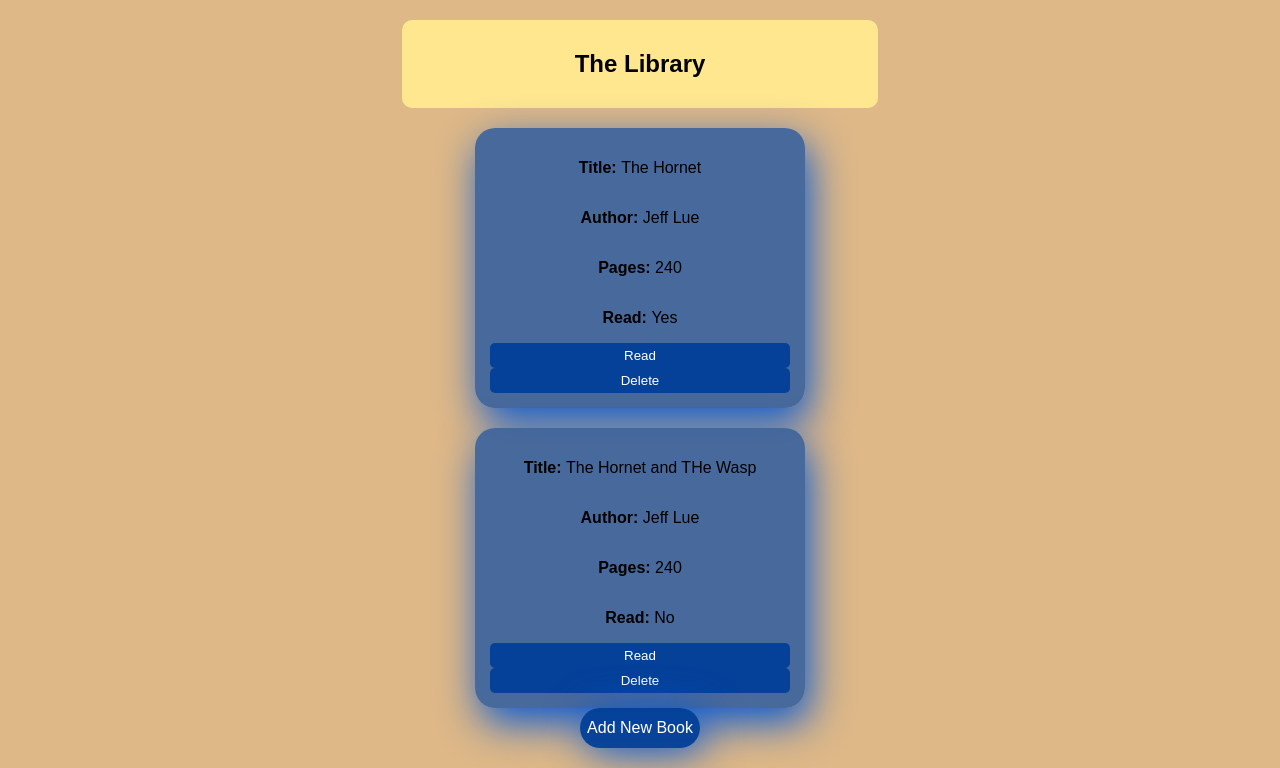
Repository: ErvinClay13/Library
Page: index.html
These files come from the project's save history. The page is drawn as it stood at one moment and after the next save; the edit follows.
The browser window is 1280 px wide. The pictures show the whole page.

Above is the page before, as saved 2025-01-11 04:54:33.

### index.html
<!DOCTYPE html>
<html lang="en">
<head>
    <meta charset="UTF-8">
    <meta name="viewport" content="width=device-width, initial-scale=1.0">
    <link rel="stylesheet" href="style.css">
    <link
      rel="icon"
      type="image/png"
      sizes="32x32"
      href="images/myLogo.png"
    />
    <title>The Library</title>
</head>
<body>
    <div class="container">
        <div class="heading">
            <h2>The Library</h2>
        </div>

            <div class="content" id="content"></div>

            <dialog id="myDialog">
                <div class="input">
                <form method="dialog" id="form">
                    <label for="title">Title</label>
                    <input type="text"
                           id="title"
                           name="title"
                           required>

                    <label for="author">Author</label>
                    <input type="text"
                           id="author"
                           name="author"
                           required>

                    <label for="pages">Pages</label>
                    <input type="number"
                           id="pages"
                           name="pages"
                           required>

                    <label for="read">Read</label>
                    <input type="checkbox"
                           name="read"
                           id="isRead">

                    <button type="submit" id="submit">Submit</button>
                    <div class="cancel" id="cancel">Cancel</div>


                </form>
            </div>
        </dialog>
        <footer><button id="addBook">Add New Book</button></footer>
    </div>

    <script src="script.js"></script>
</body>
</html>

### style.css
body {
    display: flex;
    justify-content: center;
    align-items: center;
    flex-direction: column;
    /* background-color: white; */
    background-color: burlywood;
    margin: 0;
    font-family: Arial, sans-serif;
}

.container {
    display: flex;
    flex-direction: column;
    align-items: center;
    padding: 20px;
}

.heading {
    display: flex;
    justify-content: space-between;
    justify-content: center;
    background-color: rgb(255, 231, 144);
    /* background-color: #42669df5; */
    /* box-shadow: 5px 5px 40px #0055d4f5; */
    width: 100%;
    max-width: 800px;
    padding: 10px 20px;
    border-radius: 10px;
    margin-bottom: 20px;
}

#addBook {
    background-color: #03409af5;
    box-shadow: 5px 5px 40px #0055d4f5;
    height: 40px;
    width: 120px;
    border-radius: 20px;
    border: none;
    font-size: 16px;
    color: white;
    cursor: pointer;
}

#addBook:hover {
    transform: scale(1.1);
    box-shadow: 2px 5px 40px #7800d4f5;
}

#content {
    display: flex;
    flex-wrap: wrap;
    gap: 20px;
    justify-content: center;
    width: 100%;
}

.card {
    display: flex;
    flex-direction: column;
    justify-content: space-between;
    text-align: center;
    border-radius: 20px;
    padding: 15px;
    background-color: #42669df5;
    width: 100%;
    max-width: 300px;
    box-shadow: 5px 15px 40px #0055d4f5;
}

.card-details {
    margin-bottom: 10px;
}

.card-buttons {
    display: flex;
    justify-content: space-between;
    gap: 10px;
}

.read, .delete {
    flex: 1;
    padding: 5px 10px;
    border: none;
    border-radius: 5px;
    color: white;
    background-color: #03409af5;
    cursor: pointer;
}

.read:hover, .delete:hover {
    background-color: #254a81f5;
}

.read:active, .delete:active {
    background-color: #42669df5;
}

dialog {
    background-color: #fefefe;
    padding: 20px;
    border: none;
    border-radius: 10px;
    box-shadow: 0px 5px 15px rgba(0, 0, 0, 0.5);
}

form {
    display: flex;
    flex-direction: column;
    gap: 10px;
}

input[type="text"], input[type="number"] {
    padding: 5px;
    border-radius: 5px;
    border: 1px solid #ccc;
}

button {
    cursor: pointer;
}

/* Responsive Styles */
@media (max-width: 768px) {
    .heading {
        flex-direction: column;
        align-items: center;
    }

    #content {
        gap: 15px;
    }

    .card {
        max-width: 100%;
    }
}

### script.js
const dialog = document.getElementById('myDialog');
const form = document.getElementById('form');
const content = document.getElementById('content');
const submit = document.getElementById('submit');
const addBook = document.getElementById('addBook');
const cancel = document.getElementById('cancel');

const myLibrary = [];

const theHornet = new Book('The Hornet', 'Jeff Lue', 240, true);
const theHornetAndTheWasp = new Book('The Hornet and THe Wasp', 'Jeff Lue', 240, false);

myLibrary.push(theHornet);
myLibrary.push(theHornetAndTheWasp);


function Book(title, author, pages, read) {
    this.title = title;
    this.author = author;
    this.pages = pages;
    this.read = read;
}

Book.prototype.info = function() {
    return `${this.title} ${this.author} ${this.pages} ${this.read}`;
}


Book.prototype.toggleRead = function() {
    this.read = !this.read;
}



addBook.addEventListener("click", () => {
    dialog.showModal();
});

cancel.addEventListener("click", () => {
    dialog.close();
});

submit.addEventListener("click", (event) => {
    event.preventDefault();

    const title = document.getElementById('title').value;
    const author = document.getElementById('author').value;
    const pages = document.getElementById('pages').value;
    const read = document.getElementById('isRead').checked;

    const newBook = new Book(title, author, pages, read);
    myLibrary.push(newBook);

    form.reset();
    showBooks();
    dialog.close();
});

function showBooks() {

    content.innerHTML = '';

    myLibrary.forEach((book, index) => {                   //going through the array myLibrary
        const card = document.createElement('div');        //creating a new card for each book created through the modal
        card.classList.add('card');                        //adding card to the class

        card.innerHTML =                                      //creating the text that will be displayed on the card
            `<p><strong>Title: </strong>${book.title}</p>
             <p><strong>Author: </strong>${book.author}</p>
             <p><strong>Pages: </strong>${book.pages}</p>
             <p><strong>Read: </strong>${book.read ? 'Yes' : 'No'}</p>`;   //using the user input to create the new book on the card

        const deleteBtn = document.createElement('button');
        deleteBtn.classList.add('delete');
        deleteBtn.textContent = ('Delete');

        deleteBtn.addEventListener("click", () => {
            myLibrary.splice(index, 1);
            showBooks();
        });

        const read = document.createElement('button');
        read.classList.add('read');
        read.textContent = ('Read');

        read.addEventListener("click", () => {
            book.toggleRead();
            showBooks();
        });

        card.appendChild(read);
        card.appendChild(deleteBtn);
        content.appendChild(card);


    })
}

showBooks();

After the next save:
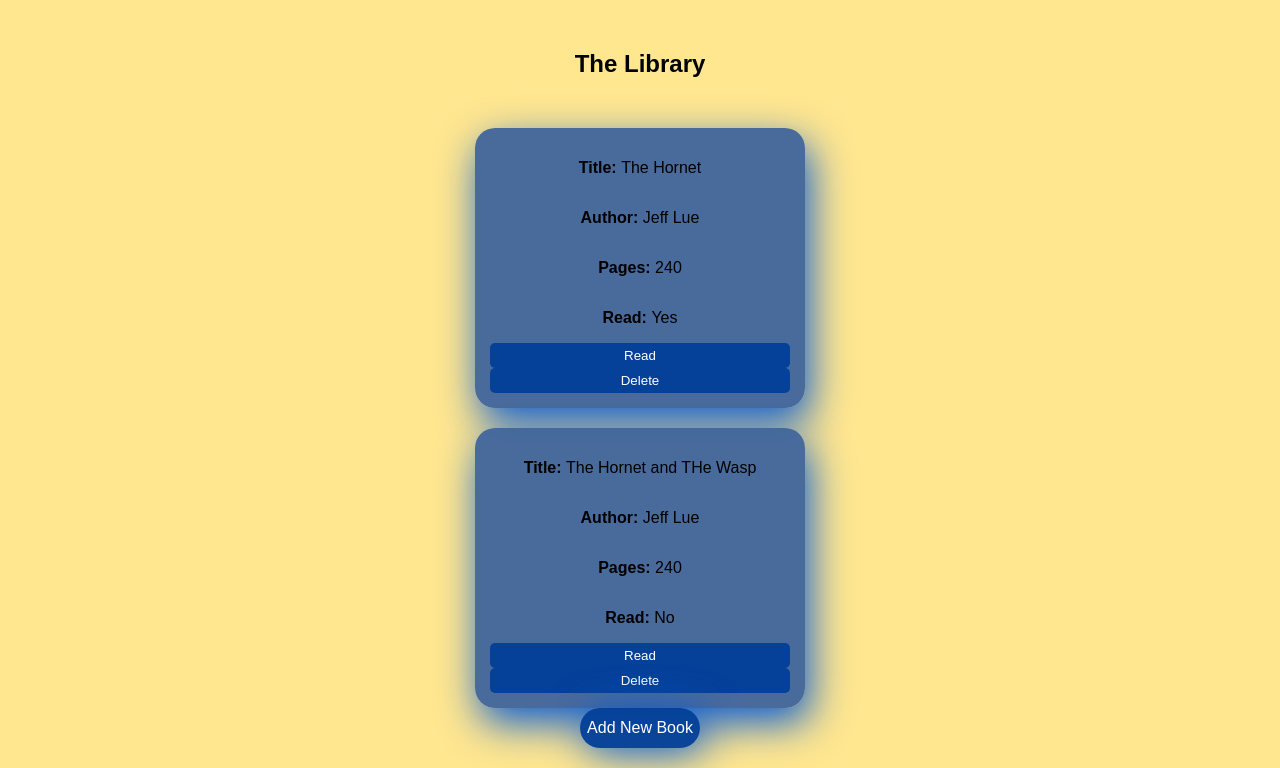
Saved 22 s later.
--- a/style.css
+++ b/style.css
@@ -4,7 +4,7 @@ body {
     align-items: center;
     flex-direction: column;
     /* background-color: white; */
-    background-color: burlywood;
+    background-color: rgb(255, 231, 144);
     margin: 0;
     font-family: Arial, sans-serif;
 }
